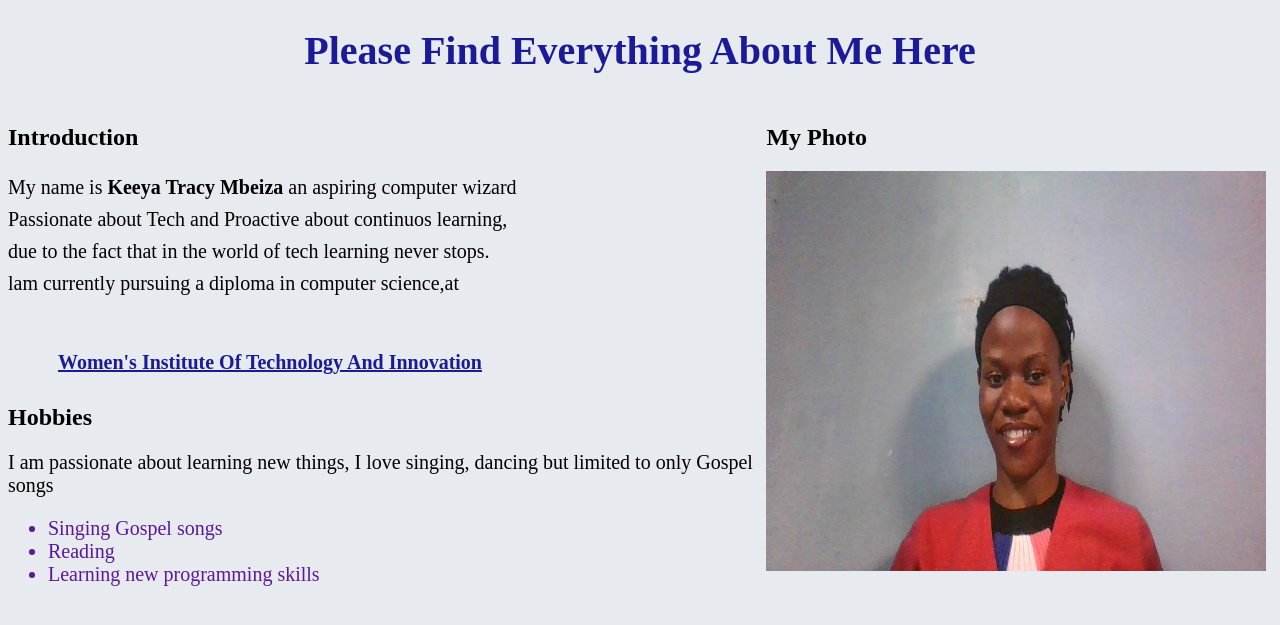
Repository: tracykeeya/my_first_web
Page: index.html
An editor plug-in stored every save of this project. The page is shown before and after the next save, followed by the edit.
The browser window is 1280 px wide. The pictures show the whole page.

Above is the page before, as saved 2025-11-03 12:26:27.

### index.html
<!DOCTYPE html>
<html lang="en">
<head>
    <meta charset="UTF-8">
    <meta name="viewport" content="width=device-width, initial-scale=1.0">
    <title>My First Web Page</title>
</head>
<body style="background-color: rgb(231, 234, 238)" font-family="Arial, Helvetica, sans-serif" margin: 40px; color: #333;>

    <!-- my first heading -->
    <h1 style="text-align: center; color: rgb(27, 27, 151); font-size: 40px; margin-bottom: 30px;">Please Find Everything About Me Here</h1>

    <!-- putting the text and the image in one section -->
    <div style="display: flex; align-items: flex-start; justify-content: space-between;">
        <!-- aligning the text to the left -->
        <div style="width: 60%;">
    <h2 style="color: black;">Introduction</h2>

    <p style="font-size: 20px; line-height: 1.6;">My name is<strong> Keeya Tracy Mbeiza</strong> an aspiring computer wizard<br>Passionate about Tech and Proactive about continuos learning,<br> due to the fact that in the world of tech learning never stops.<br> lam currently pursuing a diploma in computer science,at<br>
        </br></p>
    <a href="https://www.witi.ac.ug/" target="_blank" style="position: relative; left: 50px; color: rgb(27, 27, 151); font-size: 20px; font-weight: bold;"><b> Women's Institute Of Technology And Innovation</b></a>

    <h2 style="color: black; margin-top: 30px;">Hobbies</h2>
    <p style="font-size: 20px;">I am passionate about learning new things,
    I love singing, dancing but limited to only Gospel songs</p>
    <ul style="font-size: 20px; color: rgb(90, 24, 154);">
        <li>Singing Gospel songs</li>
        <li>Reading </li>
        <li>Learning new programming skills</li>
    </ul>
        </div>

<!-- aligning image to the right -->
    <div style="width: 40%;">
        <h2 style="color: black;">My Photo</h2>
    <img src="/Tracy.jpg " alt="" width="500px" height="400px" style="border: 5px;">
    </div>
   </div>
</body>
</html>

After the next save:
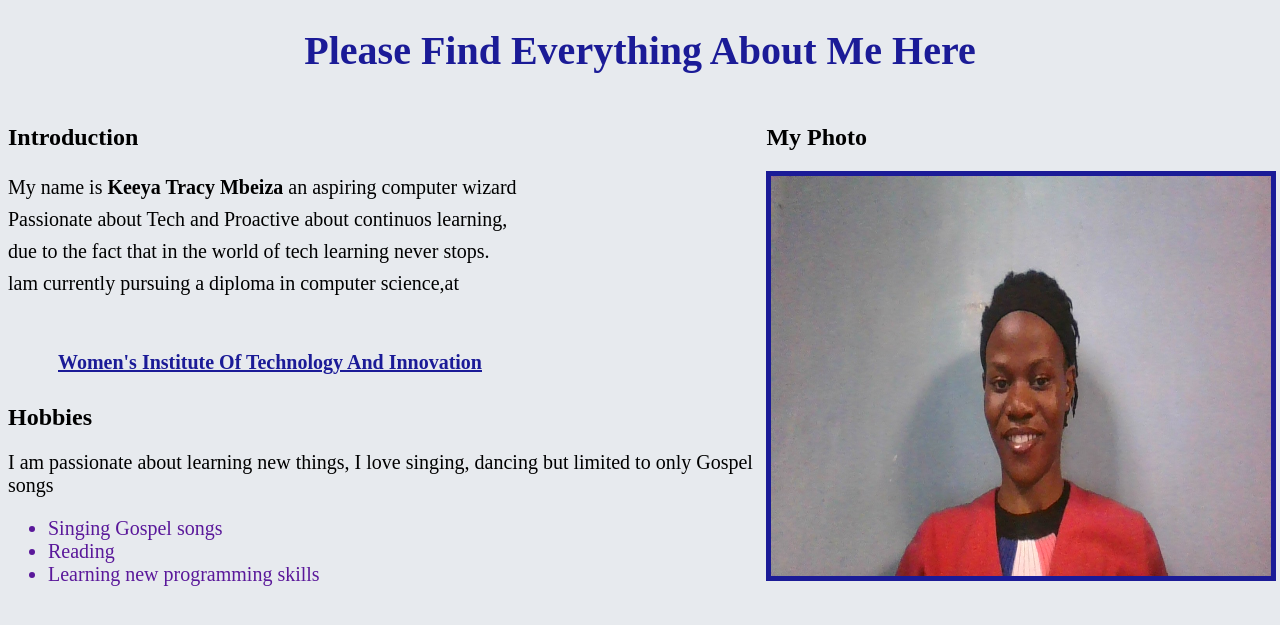
Saved 12 s later.
--- a/index.html
+++ b/index.html
@@ -33,7 +33,7 @@
 <!-- aligning image to the right -->
     <div style="width: 40%;">
         <h2 style="color: black;">My Photo</h2>
-    <img src="/Tracy.jpg " alt="" width="500px" height="400px" style="border: 5px;">
+    <img src="/Tracy.jpg " alt="" width="500px" height="400px" style="border: 5px solid rgb(27, 27, 151);">
     </div>
    </div>
 </body>
